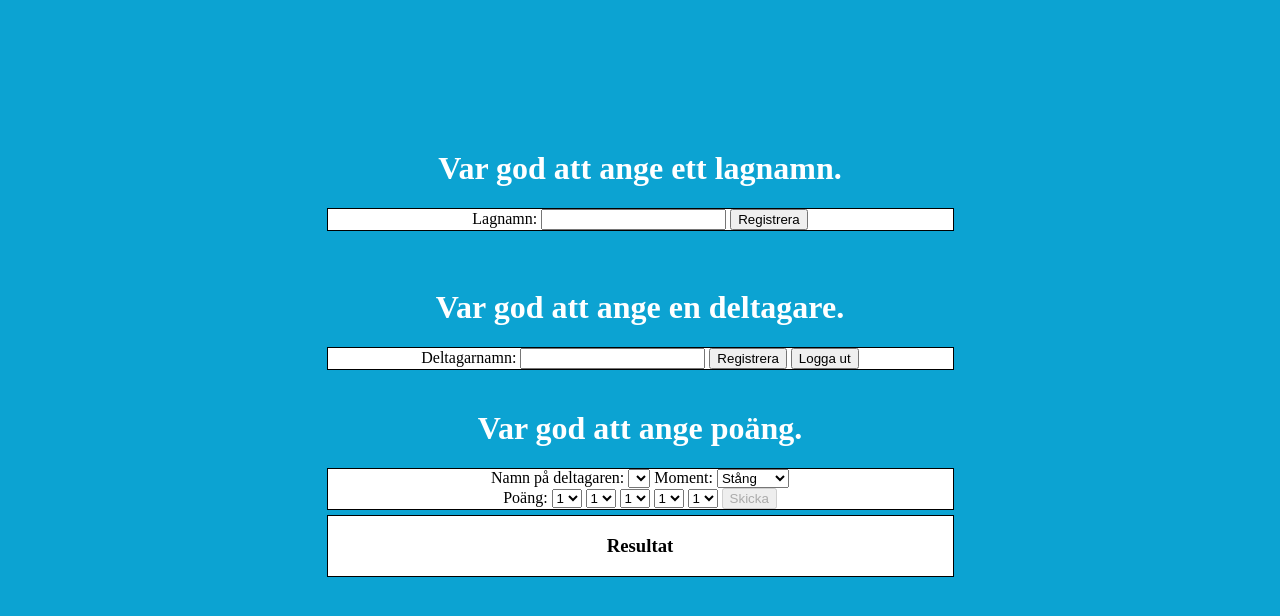
Repository: ms223uh/1dv404-tests
Page: www/logged.html
The author's editor kept a record of every edit. The page is drawn from the files as they stood at one moment, then again after the next edit.
The browser window is 1280 px wide. The pictures show the whole page.

Above is the page before.

After the next edit:
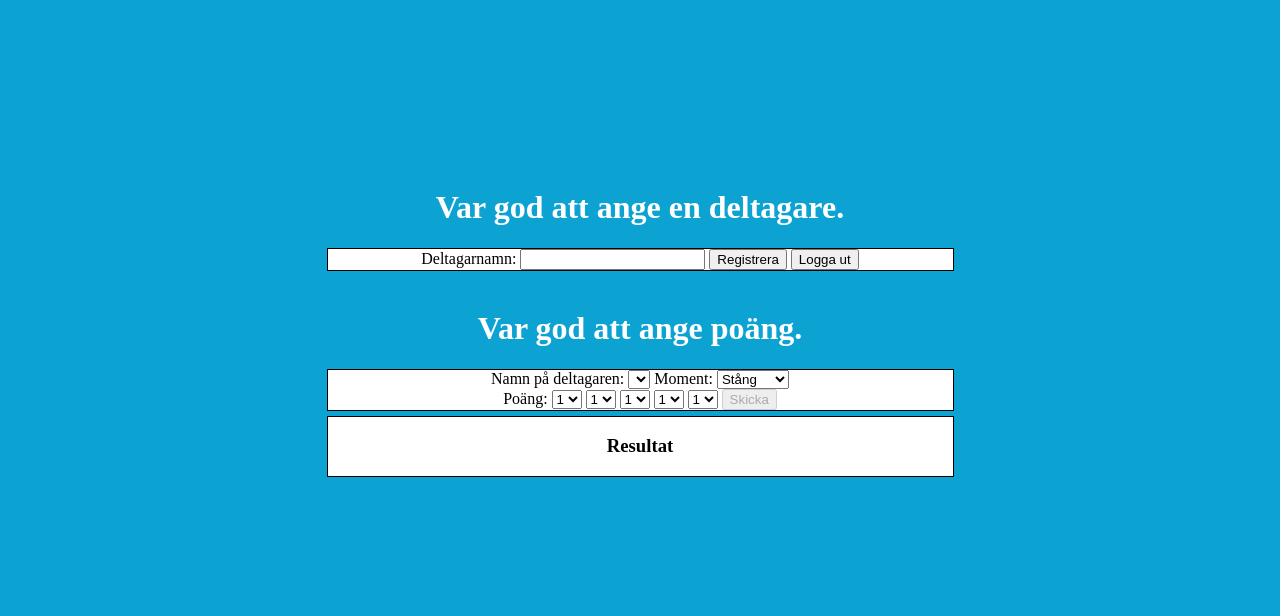
The edit:
--- a/www/logged.html
+++ b/www/logged.html
@@ -23,28 +23,9 @@
 <div id="dataContainer">
 
 
-    <h1>Var god att ange ett lagnamn.</h1>
-
-
-   <div id="dataBox">
-
-
-   <form method="post">
-
-            Lagnamn: <input type="text" maxlength="18" name="addUser" id="addUser">
-
-
-           <button type="submit" name="regTeam" id="regTeam">Registrera</button>
 
 
 
-          </form>
-
-
-
-</div>
-
-    <br>
     <br>
 
 
